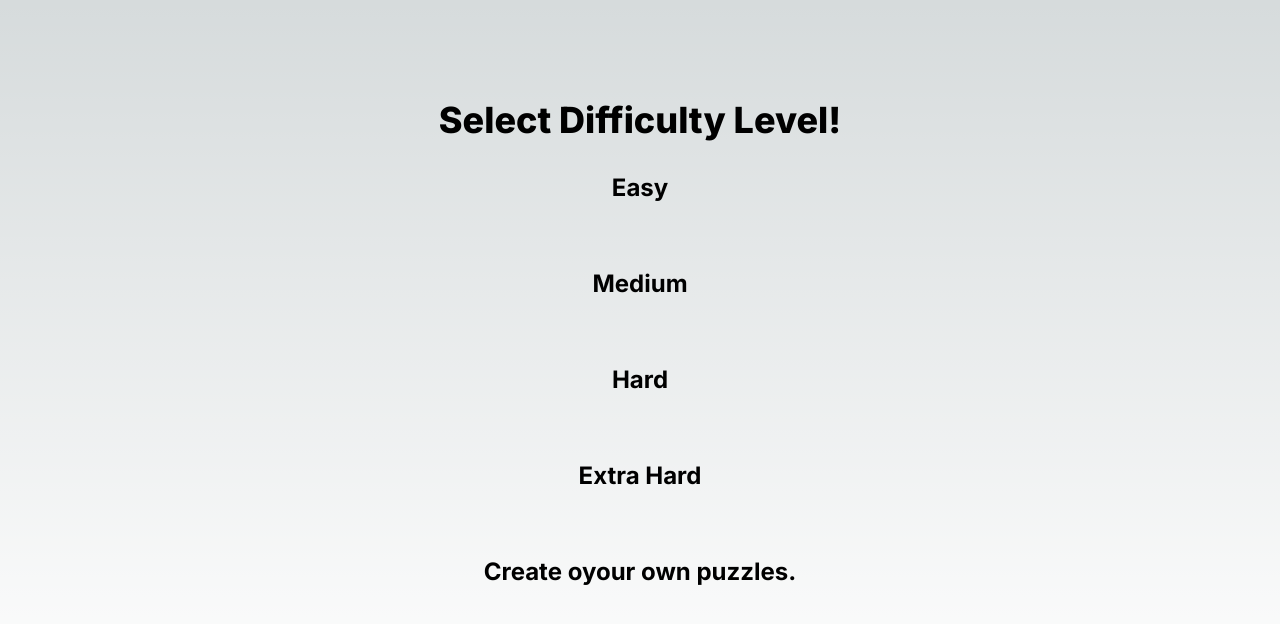
Repository: badhon252/sudoku
Page: /level
These files come from the project's save history. The page is drawn as it stood at one moment and after the next save; the edit follows.
The browser window is 1280 px wide. The pictures show the whole page.
The project was rebuilt for these pictures with package versions that can differ from the ones it lists, and the page was loaded fresh each time. The framework's server and built-in components were replaced by stand-ins that run in the browser. Also part of the build but not shown: next.config.js.

Above is the page before, as saved 2023-06-04 21:52:42.

After the next save:
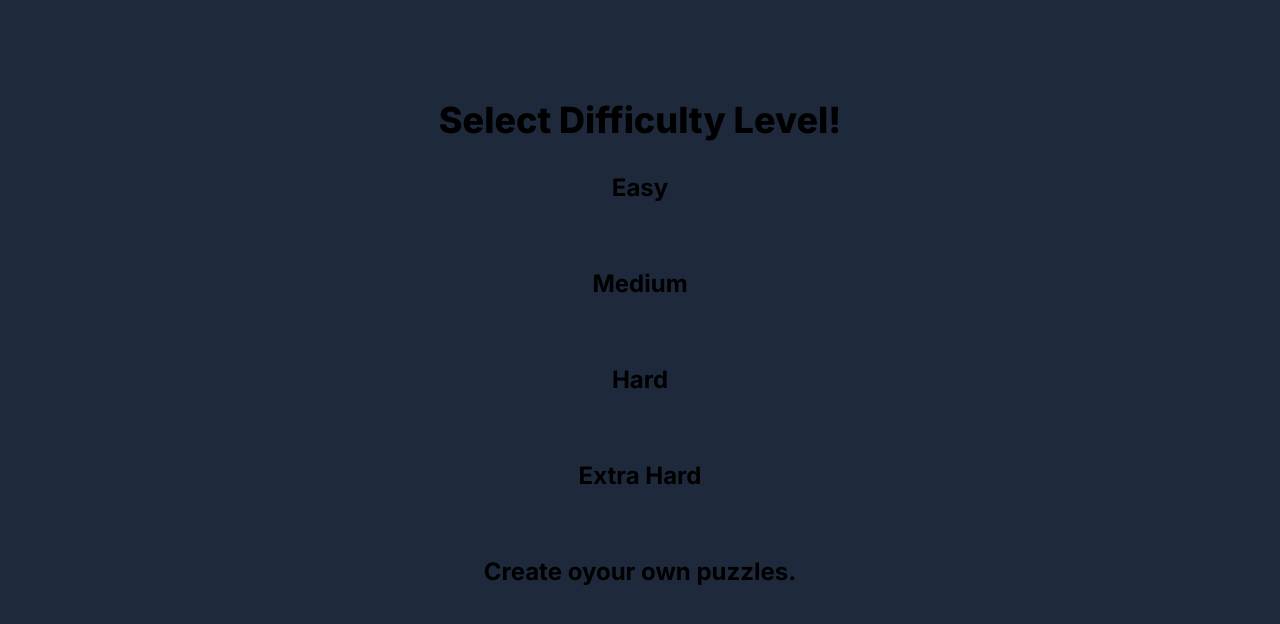
Saved 28 s later.
--- a/app/level/page.tsx
+++ b/app/level/page.tsx
@@ -2,7 +2,7 @@ import React from 'react'
 
 export default function Level() {
   return (
-    <div className='min-h-screen flex flex-col items-center justify-center'>
+    <div className='min-h-screen flex flex-col items-center justify-center bg-slate-800'>
         <h1 className='text-4xl font-extrabold'>Select Difficulty Level! </h1>
         <button className='my-5 py-3 px-2 text-2xl font-bold'>Easy</button>
         <button className='my-5 py-3 px-2 text-2xl font-bold'>Medium</button>
